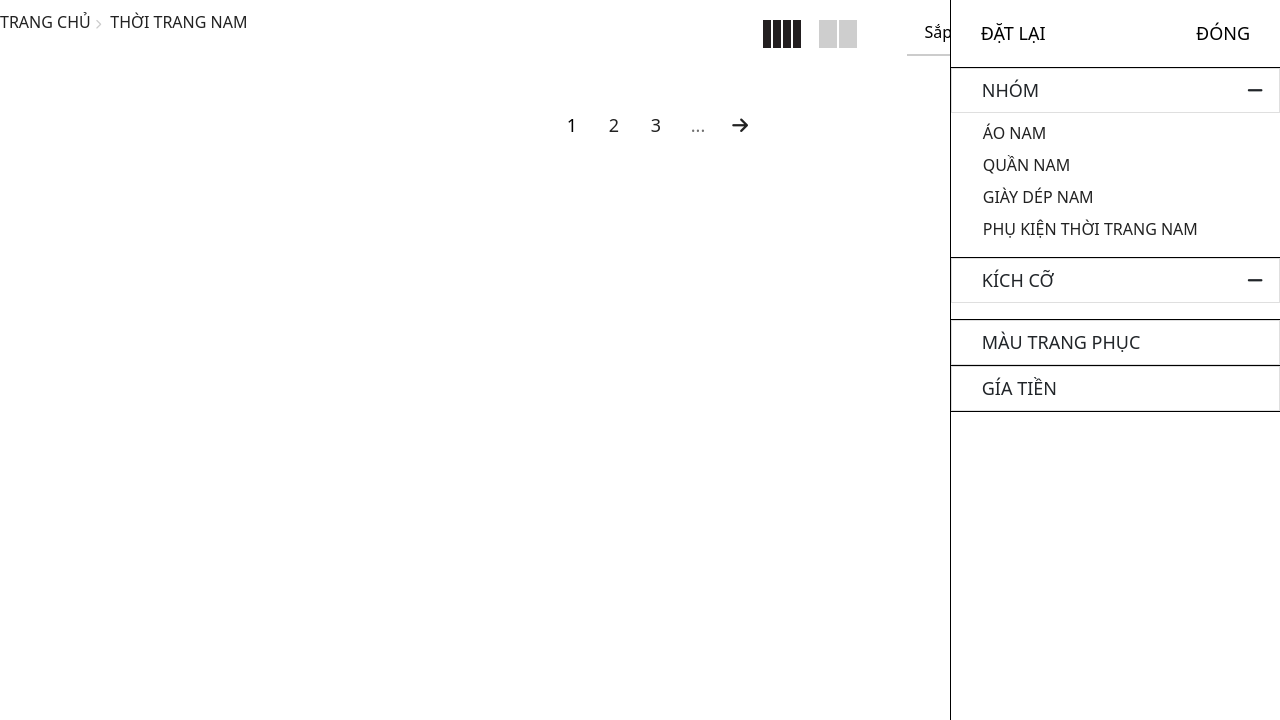
Repository: NguyenQuangQuan021099/FE_Page-Male
Page: index.html
The author's editor kept a copy of each file at every save. The page is drawn from the files as they stood at one save, then again after a run of saves.
The browser window is 1280 px wide. The pictures show the whole page.
After loading, the first visible `button.list-group-item` was clicked once.
The page's requests for data from a server got no answer. Some web libraries are served in a nearby version.

Above is the page before, as saved 2021-07-08 19:04:58.

### index.html
<!DOCTYPE html>
<html lang="en">
<head>
    <meta charset="UTF-8">
    <meta http-equiv="X-UA-Compatible" content="IE=edge">
    <script src="https://kit.fontawesome.com/ce2ff1d6ed.js" crossorigin="anonymous"></script>
    <link href="https://cdn.jsdelivr.net/npm/bootstrap@5.0.1/dist/css/bootstrap.min.css" rel="stylesheet" integrity="sha384-+0n0xVW2eSR5OomGNYDnhzAbDsOXxcvSN1TPprVMTNDbiYZCxYbOOl7+AMvyTG2x" crossorigin="anonymous">
    <script src="https://code.jquery.com/jquery-3.6.0.min.js" integrity="sha256-/xUj+3OJU5yExlq6GSYGSHk7tPXikynS7ogEvDej/m4=" crossorigin="anonymous"></script>
    <meta name="viewport" content="width=device-width, initial-scale=1.0">
    <link rel="stylesheet" href="style.css">
    <title>Trang Nam</title>
</head>
<body>
<div class="main">
<!-- -------------------------Begin Nav-------------------------------------------------- -->
<div class="category__product__action d-flex ">
    <div class="breadcrumbs">
        <a href="" title="Đi đến trang chủ">TRANG CHỦ</a>
        <i style="color: #ccc; font-size: 10px; margin-right: 5px; padding-bottom: 2px;" class="fas fa-chevron-right"></i>
        <span style="color: #222">THỜI TRANG NAM</span>
    </div>
    <div class="nav-2">
    <div class="toolbar__product ">
      <a href="#" class="active" title="Lưới" ></a>
      <a href="#" class="disable" title="Danh sách" ></a>
    </div>
    <!-- --------------begin dropdown ------------------>
    <div class="dropdown">
      <button class="btn btn-secondary dropdown-toggle" type="button" id="dropdownMenuButton1" data-bs-toggle="dropdown" aria-expanded="false">
        Sắp xếp theo
      </button>
      <ul class="dropdown-menu sorter" aria-labelledby="dropdownMenuButton1" .>
        <li><a class="dropdown-item" href="#">Thứ tự chữ cái A-Z</a></li>
        <li><a class="dropdown-item" href="#">Thứ tự chữ cái Z-A</a></li>
        <li><a class="dropdown-item" href="#">Giá tăng dần</a></li>
        <li><a class="dropdown-item" href="#">Giá giảm dần</a></li>
        <li><a class="dropdown-item" href="#">Sản phẩm mới nhất</a></li>
      </ul>
    </div>
    <!-- -------------------end dropdown ---------------->

    <!-------------------- begin filter---------------- -->
  <div class="filter__toggle">
    <div class="list-group">
      <button class="list-group-item list-group-item-action actived-list" aria-current="true" >
        + LỌC SẢN PHẨM (0)
      </button>
      <div class="list-select">
        <div class="list-group-item list-group-item-action reset-close">
          <button class="reset">ĐẶT LẠI</button>
          <button class="close">ĐÓNG</button>
        </div>
        <div class="filter-option-list">
          <div class="filter-option">
            <button class="list-group-item list-group-item-action btn__item actived">NHÓM
              <div class="icon">
                <i class="fas fa-plus icon-1"></i>
                <i class="fas fa-minus icon-2"></i>
              </div>
            </button>
            <div class="item__male">
              <ul class="items">
                <li class="item"> <a href="">ÁO NAM</a></li>
                <li class="item"> <a href="">QUẦN NAM</a></li>
                <li class="item"> <a href="">GIÀY DÉP NAM</a></li>
                <li class="item"> <a href="">PHỤ KIỆN THỜI TRANG NAM</a></li>
              </ul>
            </div>
          </div>

        <div class="filter-option">
          <button class="list-group-item list-group-item-action btn__item actived">KÍCH CỠ
            <div class="icon">
              <i class="fas fa-plus icon-1"></i>
              <i class="fas fa-minus icon-2"></i>
            </div>
          </button>
          <div class="item__male">
            <ul class="items items-size">

            </ul>
          </div>
        </div>
        <div class="filter-option">
          <button class="list-group-item list-group-item-action btn__item">MÀU TRANG PHỤC</button>
        </div>
        <div class="filter-option">
        <button class="list-group-item list-group-item-action btn__item">GÍA TIỀN</button>
        </div>
        </div>
      </div>
    </div>
  </div>
<!-- -------------------End filter--------------------- -->
</div>
</div>

<!-- --------------------End Nav----------------------- -->

<!-------------------Begin product--------------------- -->
<div class="product">
        <ol id="product-list-items">

        </ol>
</div>
<!-------------------End product--------------------- -->

<!-- -------------Begin pagination --------------------->
<div class="pagination ">
  <ul class="list__pag ">
    <li class="item__current"><a href="#">1</a></li>
        <li class="item"><a href="#">2</a></li>
        <li class="item"><a href="#">3</a></li>
        <li class="item"><span>...</span></li>
        <li class="item__next"><a href="#" title="Tiếp theo"><i class="fas fa-arrow-right"></i></a></li>
  </ul>
</div>
<!-- -------------End pagination ---------------------->
</div>
    <script src="./app.js"></script>
    <script src="https://cdn.jsdelivr.net/npm/@popperjs/core@2.9.2/dist/umd/popper.min.js" integrity="sha384-IQsoLXl5PILFhosVNubq5LC7Qb9DXgDA9i+tQ8Zj3iwWAwPtgFTxbJ8NT4GN1R8p" crossorigin="anonymous"></script>
    <script src="https://cdn.jsdelivr.net/npm/bootstrap@5.0.1/dist/js/bootstrap.min.js" integrity="sha384-Atwg2Pkwv9vp0ygtn1JAojH0nYbwNJLPhwyoVbhoPwBhjQPR5VtM2+xf0Uwh9KtT" crossorigin="anonymous"></script>
</body>
</html>

### style.css
*{
    margin: 0;
    padding: 0;
    box-sizing: border-box;
}

html{
    font-family: Arial, Helvetica, sans-serif;
}

a, a:hover{
    color: #222;
    text-decoration: none;
}

.category__product__action{
    margin: 10px 0 50px 0;
    position: relative;
}

.nav-2{
    display: flex;
    position: absolute;
    right: 10px;
}
.toolbar__product{
    margin-top: 10px;
}
.toolbar__product a{
    height: 28px;
    display: inline-block;
    width: 38px;
    background-repeat: no-repeat;
}

.toolbar__product .active{
    background-image: url(./img/grid4active.svg);
    padding-right: 52px;
}

.toolbar__product .disable{
    background-image: url(./img/grid2disable.svg);
}

/* Dropdown css */
.dropdown{
    margin: 0 50px;
}

.btn-secondary {
    width: 160px;
    height: 46px;
    color: black;
    background-color: white;
    border-style: none;
    border-bottom: 2px solid #ccc;
    border-radius: 0px;
    padding: 0 25px 0 13px;
}


.btn-secondary:hover{
    color: black;
    background-color: white;
    border-bottom: 1px solid #ccc;

}

.btn-check:focus+.btn-secondary, .btn-secondary:focus {
    color: black;
    background-color: #fff;
    border-color: rgb(54, 52, 52);
    box-shadow: none;
    outline: none;
}
.sorter .dropdown-item:hover {
    color: white;
    background-color: #1777f2;
}

/* End dropdown */

/*  product items css */
/* filter css */
.list-group .actived-list{
    background-color: #fff;
    border-style: none;
    color:black ;
    padding: 0;
}

.reset-close{
    width: 100%;
    padding: 20px 0 ;
    display: flex;
    justify-content: space-between;
    border-style: none;
    border-bottom: 1px solid black;
    position: relative;

}
.reset-close button{
    font-size: 18px;
    margin: 0 30px;
    border-style: none;
    background-color: #fff;
}


/* begin filter */
.filter__toggle{
    margin-top: 10px;
}

.list-select{
    width: 25.8%;
    height: 100%;
    position: fixed;
    top: 0;
    display: none;
    right: 0;
    z-index: 2;
    background-color: #fff;
    border-left: 1px solid black;
    animation: mymove ease-in-out .8s;
    transform: tra;
}

.list-group-item-action:hover{
    background-color: #fff;
}

.list-select button{
   font-size: 18px;
}

.btn__item{
    padding-left: 30px;
    display: flex;
    justify-content: space-between;
}

.list-group .item__male ul li{
    list-style: none;
    padding-top: 8px;
}

.filter-option-list{
    height: 95vh;
    overflow-y: scroll;
}

.filter-option{
    border-bottom: 1px solid black;
}

.filter-option button .icon{
   display: inline-block;

}

.filter-option button .icon .icon-1{
    display: none;
}


@keyframes mymove{
    0%{
        right: -100%;
    }

    100%{
        right: 0;
    }
}

/* end filter css */
/* product items css */
.product{
     max-width: 100%;
     padding-left: 12px;
}

.product ol{
    display: flex;
    flex-wrap: wrap;
    padding-left: 0;
}

.product #product-list-items .product-items{
    width: 25%;
    list-style: none;
    margin-bottom: 30px;
}

li .renderItems  a img{
    width: 100%;
    object-fit: cover;
    padding: 3px;
}

li .renderItems  .sub__div{
    padding-top: 16px;
    display: flex;
    flex-direction: column;
}

li .renderItems .sub__div .title{
    color: #222;
    font-weight: 500;
    text-transform: uppercase;
    font-size: 12px;
    text-decoration: none;
}

li .renderItems .sub__div .price{
    opacity: 0.7;
    font-size: 16px;
    font-family: Roboto;
}

li .renderItems .sub__div a{
    position: relative;
    display: inline-block;
}

li .renderItems .sub__div .img__mini{
    width: 22px;
    height: 22px;
}

li .renderItems .sub__div a img{
    width: 100%;
    object-fit: none;
}

li .renderItems .sub__div a img:hover{
    border: 1px solid black;
}

li .renderItems .sub__div a .sub__content{
    position: absolute;
    padding: 10px 30px;
    border: 1px solid black;
    border-radius: 5px;
    background-color: #fff;
    top: -50px;
    display: none;
}

li .renderItems .sub__div a:hover .sub__content{
    display: block;
}

/* End product items */

/* Begin pagination */
.pagination{
    display: block;
}

.pagination ul{
    display: flex;
    justify-content: center;
}
.pagination ul li{
    list-style: none;
    width: 30px;
    height: 30px;
    font-size: 18px;
    color: #707070;
    margin: 12px 6px;
    text-align: center;
}

.pagination ul .item__current a{
    color: black;
}

.pagination ul li:hover a{
    background-color: #ccc;
    border-radius: 2px;
    padding: 6px 12px;
}

/* End paginaton */

/* Responsive */
/* Mobile : width < 720px */


/* tablet : width >= 740px and width < 1024px */
@media screen and  (min-width: 360px) and (max-width: 1024px) {

    /* .category__product__action{
        padding: 0 20px;
        margin-bottom: 0;
    }



    .toolbar__product{
        display: none;
    }


    ol, ul {
        padding-left: 0  !important;
    }

    ol>:first-child{
      width: 100% !important;
      padding-right: 12px;
    }

    ol >:first-child .renderItems a img{
        width: 100% !important;
    }

    li{
        width: 50% !important;
        padding-right: 10px;
    }

    .pagination ul li{
        width: 30px !important;
    } */

}

@media screen and (min-width: 1024px){
    .category__product__action{
        display: none ;
    }

}

### app.js
let itemAPI = "http://localhost:3000/items";
let sizeAPI = "http://localhost:3000/listSize";

function start() {
    getItem(renderItems);
    getSize(renderListSize);
}
start();

// lay ra item
function getItem(callback) {
    fetch(itemAPI)
    .then(function(response){
        return response.json();
    })
    .then(callback);
}

//render item
function renderItems(items){
    let listItemsBlock = document.querySelector("#product-list-items");
    let htmls = items.map(function(item){
        return `
        <li class="product-items">
            <div class="renderItems">
                <a href=""><img src="${item.image}" alt="" srcset=""></a>

                <div class="sub__div">

                    <a href="#" class="title"> ${item.title} </a> <br>

                    <span class="price">${item.price}</span> <br>

                        <a class="img__mini" href="#"> <img src="${item.miniimg}">
                            <div class="sub__content">
                                ${item.contentmini1}
                            </div>
                        </a>
                </div>
            </div>
        </li>
        `;
    });
    listItemsBlock.innerHTML = htmls.join('');
}

// render list size clothing
function getSize(callback) {
    fetch(sizeAPI)
    .then(function(response){
        return response.json();
    })
    .then(callback);
}

function renderListSize(listSize){
    let listSizeBlock = document.querySelector(".items-size");
    console.log(listSizeBlock);
    let htmls = listSize.map(function(size){
        return `
            <li class="item"> <a href=""> ${size.sizeClothing}</a></li>
        `;
    });
    listSizeBlock.innerHTML = htmls.join('');
    console.log(htmls);
}


// $('.show-hide').on("click", function(e){
//     $(this).find('.hide').css("display", "none");
//     $(this).find('.show').css("display", "block");
//     e.preventDefault();
// })


// filter actions
$('.actived-list, .close').on("click", function(){
    $(this).parent('.list-group').find('.list-select').toggle();
    $(this).parents('.list-select').toggle();

})

$('.actived, .not-actived').on("click", function(){
    $(this).find('.icon-1').toggle();
    $(this).find('.icon-2').toggle();
    $(this).parent('.filter-option').find('.item__male').toggle();
        if ($(this).hasClass('actived')) {
            $(this).removeClass('actived').addClass('not-actived');
        } else {
                $(this).removeClass('not-actived').addClass('actived');
        }
})


$('.reset').on("click", function(){
   $(this).parents('.list-select').find('.item__male').show();
   $(this).parents('.list-select').find('.icon-1').hide();
   $(this).parents('.list-select').find('.icon-2').show();
})

After the next 3 saves:
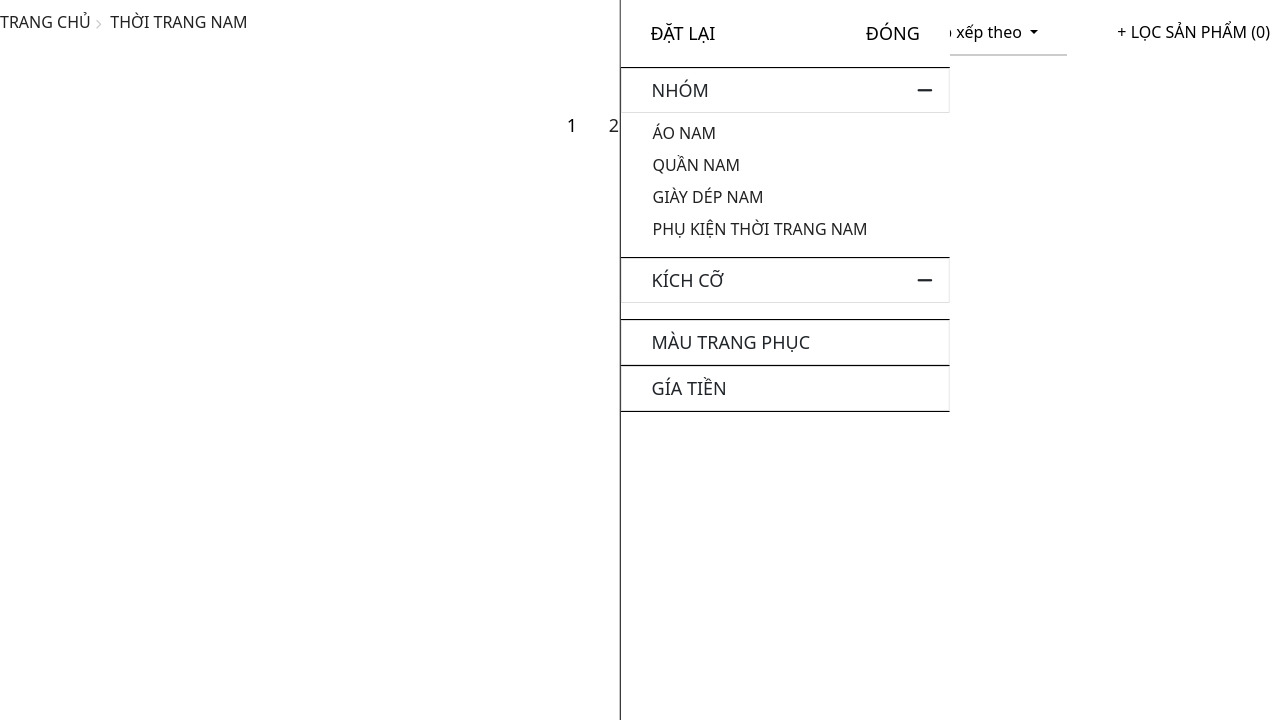
The 3 saves are shown as one change because they came seconds apart.
The last was saved 18 s later.
--- a/style.css
+++ b/style.css
@@ -123,7 +123,7 @@ a, a:hover{
     background-color: #fff;
     border-left: 1px solid black;
     animation: mymove ease-in-out .8s;
-    transform: tra;
+    transform: translateX(-100%);
 }
 
 .list-group-item-action:hover{
